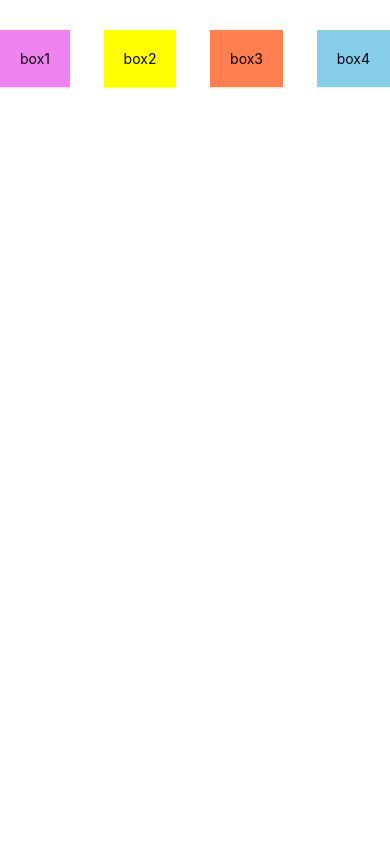
Repository: shiv0403/React-native-tutorial
Screen: /
An editor plug-in stored every save of this project. The screen is shown before and after the next save, followed by the edit.
The app was drawn by React Native's web renderer in a window 390 px wide. The project was rebuilt for these pictures with package versions that can differ from the ones it lists, and the page was loaded fresh each time. Also part of the build but not shown: components/AddTodo.js, components/Header.js, components/TodoItem.js.

Above is the screen before, as saved 2021-02-11 11:24:24.

### App.js
import React, { useState } from "react";
import {
  Alert,
  FlatList,
  StyleSheet,
  TouchableWithoutFeedback,
  View,
  Keyboard,
} from "react-native";
import AddTodo from "./components/AddTodo";
import Flex from "./components/Flex";
import Header from "./components/Header";
import TodoItem from "./components/TodoItem";

export default function App() {
  const [todo, setTodo] = useState([
    { text: "wake up", key: "1" },
    { text: "eat breakfast", key: "2" },
    { text: "exercise", key: "3" },
    { text: "study", key: "4" },
    { text: "sleep", key: "5" },
  ]);

  const handleDelete = (key) => {
    setTodo((todos) => {
      return todos.filter((todo) => todo.key != key);
    });
  };

  const handleSubmit = (text) => {
    if (text.length > 3) {
      setTodo((todos) => {
        return [{ text: text, key: Math.random().toString() }, ...todos];
      });
    } else {
      Alert.alert("OOPS!", "Task lenght must be over 3 chars", [
        { text: "Understood", onPress: () => console.log("Alert Closed") },
      ]);
    }
  };

  return (
    <Flex />
    // <TouchableWithoutFeedback
    //   onPress={() => {
    //     Keyboard.dismiss();
    //   }}
    // >
    //   <View style={styles.container}>
    //     <Header />
    //     <View style={styles.content}>
    //       <AddTodo handleSubmit={handleSubmit} />
    //       <View style={styles.list}>
    //         <FlatList
    //           data={todo}
    //           keyExtractor={(item) => item.key}
    //           renderItem={({ item }) => {
    //             return <TodoItem item={item} handleDelete={handleDelete} />;
    //           }}
    //         />
    //       </View>
    //     </View>
    //   </View>
    // </TouchableWithoutFeedback>
  );
}

const styles = StyleSheet.create({
  container: {
    flex: 1,
    backgroundColor: "#fff",
    marginTop: 30,
  },
  list: {
    margin: 20,
  },
});

### components/Flex.js
import React from "react";
import { StyleSheet, View, Text } from "react-native";

export default function Flex() {
  return (
    <View style={styles.flex}>
      <Text style={styles.box1}>box1</Text>
      <Text style={styles.box2}>box2</Text>
      <Text style={styles.box3}>box3</Text>
      <Text style={styles.box4}>box4</Text>
    </View>
  );
}

const styles = StyleSheet.create({
  flex: {
    display: "flex",
    flexDirection: "row",
    justifyContent: "space-between",
    marginTop: 30,
  },
  box1: {
    backgroundColor: "violet",
    padding: 20,
  },
  box2: {
    backgroundColor: "yellow",
    padding: 20,
  },
  box3: {
    backgroundColor: "coral",
    padding: 20,
  },
  box4: {
    backgroundColor: "skyblue",
    padding: 20,
  },
});

After the next save:
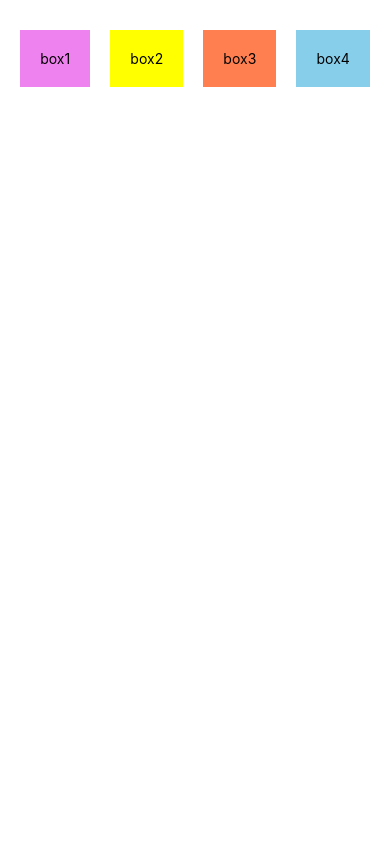
Saved 5 s later.
--- a/components/Flex.js
+++ b/components/Flex.js
@@ -16,7 +16,7 @@ const styles = StyleSheet.create({
   flex: {
     display: "flex",
     flexDirection: "row",
-    justifyContent: "space-between",
+    justifyContent: "space-evenly",
     marginTop: 30,
   },
   box1: {
